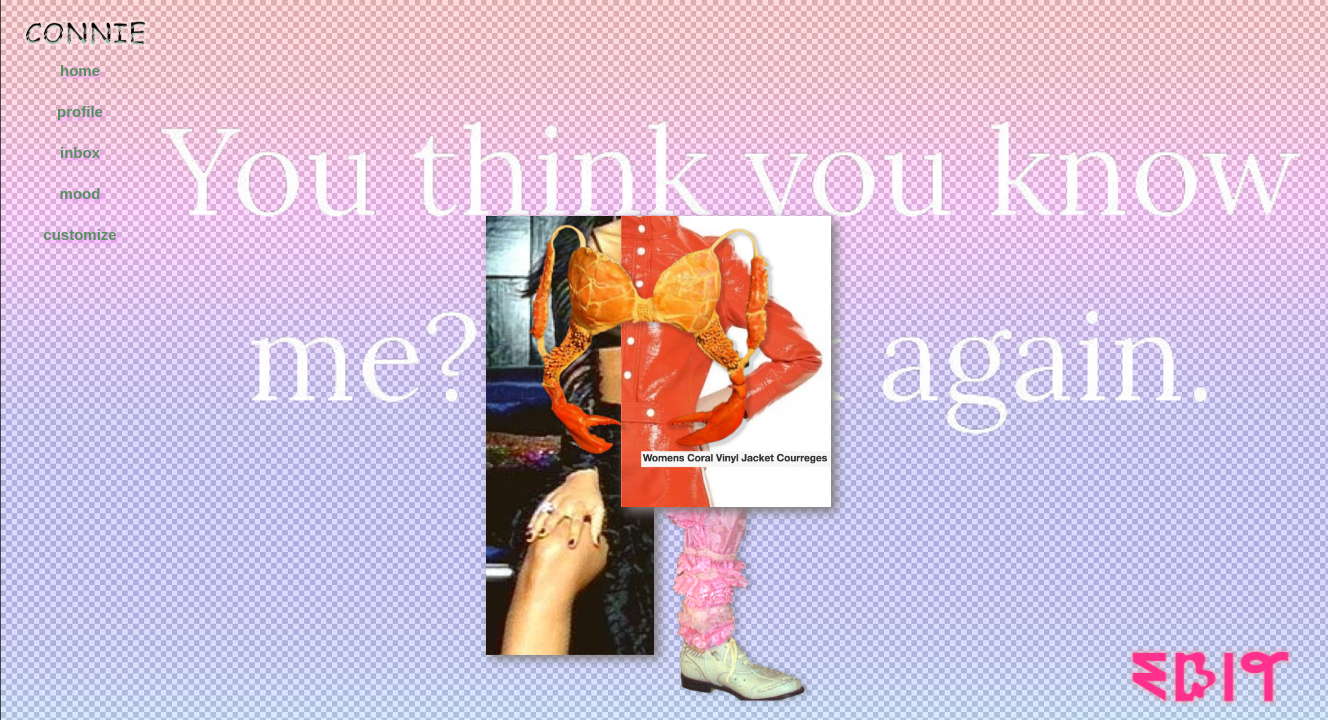
Repository: xuc009/xuc009.github.io
Page: track14/index.html
These files come from the project's save history. The page is drawn as it stood at one moment and after the next save; the edit follows.
The browser window is 1280 px wide. The page is 1328 px wide, so the pictures cover 1328 px, including what lies to the right of the window. The pictures show the whole page.
Some web libraries are served in a nearby version.

Above is the page before, as saved 2018-12-08 17:31:04.

### track14/index.html
<!DOCTYPE html>
<html lang="en">
  <head>
    <title>Track 10</title>
    <link rel="shortcut icon" href="" />
    <meta charset="utf-8">
    <meta name="description" content="" />
    <meta property="og:image" content=""/>
    <meta name="viewport" content="width=device-width, initial-scale=1" />
    <script src="https://ajax.googleapis.com/ajax/libs/jquery/3.3.1/jquery.min.js"></script>
    <script src="https://www.w3schools.com/lib/w3.js"></script>
    <link href="assets/css/styles.css" media="all" rel="stylesheet" />
    <meta charset="utf-8" />
    <title>jQuery UI Draggable - Default functionality</title>
    <link rel="stylesheet" href="http://code.jquery.com/ui/1.9.2/themes/base/jquery-ui.css" />
    <script src="http://code.jquery.com/jquery-1.8.3.js"></script>
    <script src="http://code.jquery.com/ui/1.9.2/jquery-ui.js"></script>
    <link href="https://fonts.googleapis.com/css?family=Michroma" rel="stylesheet">
    <style>
    .draggable { width: 0px; height: 0px; padding: 0; }
    </style>
    <script>
    $(function() {
        $( ".draggable" ).draggable();
    });
    </script>

  </head>

  <body>

      <div class="dropdown">
          <button class="dropbtn"><img src="assets/img/conniemenu.gif" width="140px"></button>
          <div class="dropdown-content">
            <a href="#">home</a>
            <a href="#">profile</a>
            <a href="#">inbox</a>
            <a href="#">mood</a>
            <a href="#">customize</a>
          </div>
        </div>

      <div class="edit">
        <a href="https://xuc009.github.io/track10/index.html">
        <img src="assets/img/edit.png" width="300px">
        </a>
      </div>

    <div id="draggable1" class="ui-widget-content draggable tooltip">
        <span class="tooltiptext">id.png</span>
       <img src="assets/img/britney.png" width="1200px">
      </div>

      <div id="draggable2" class="ui-widget-content draggable tooltip">
          <span class="tooltiptext">↗ Aaliyah by me 🔗📹🤗🦋✨ ⬈</span>
        <a href="https://xuc009.github.io/track2/index.html" target="_blank">
          <img src="assets/img/torsob1.png" width="168px">
        </a>
      </div>

      <div id="draggable3" class="ui-widget-content draggable tooltip">
          <span class="tooltiptext">https://goo.gl/MuuDqj</span>
          <a href="https://goo.gl/MuuDqj" target="_blank">
          <img src="assets/img/foot1.png" width="149px">
          </a>
        </div>

     <div id="draggable4" class="ui-widget-content draggable four tooltip">
        <span class="tooltiptext">https://ebay.us/9TBpsq</span>
        <a href="https://ebay.us/9TBpsq" target="_blank">
            <img src="assets/img/torsoa1.png" width="210px">
        </a>
          </div>

      <div id="draggable5" class="ui-widget-content draggable five tooltip">
          <span class="tooltiptext">https://www.instagram.com/p/BoPapCyAAdp/</span>
          <a href="https://www.instagram.com/p/BoPapCyAAdp/" target="_blank">
          <img src="assets/img/bra1.png" width="250px">
          </a>
        </div>









      </div>
    </div>

  </body>
</html>

### track14/assets/css/styles.css
* { box-sizing: border-box; }

body{
	background-color: #ffffff;
	background-image: url('../img/background.png');
	background-size: 1500px;
	margin: 0 auto 0 auto;
	display: inline-block;
    font-size: 0px;
}

.tooltip {
    position: relative;
    display: inline-block;
    border-bottom: 1px dotted black;
}

.tooltip .tooltiptext {
    visibility: hidden;
    /* width: 120px; */
    background-color: #FF308D;
    color: #00E6FF;
    text-align: center;
    padding: 5px 10px;
    font-size:15px;
    font-family: Arial, Helvetica, sans-serif;
    font-weight: 400;

    /* Position the tooltip */
    position: fixed;
    z-index: 1;
    bottom: 0px;
    left:0 ;
}

.tooltip:hover .tooltiptext {
    visibility: visible;
}

a { cursor: move; }

.draggable{
    box-shadow: 5px 5px 10px #000000;
}

#draggable1{
    background: #fff;
    border: none;
    box-shadow: 5px 5px 10px #807d7d;
    cursor: move;
    position: absolute;
    top: 10%;
    left: 10%;
}


#draggable2 {
    width: 168px;
    height: 438.38px;
    border: none;
    box-shadow: 5px 5px 10px #807d7d;
    position: absolute;
    top: 30%;
    left: 38%;
    cursor: move;
}


#draggable3 {
    width: 365px;
    border: none;
    position: absolute;
    top: 65%;
    left: 52%;
    cursor: move;
}



#draggable4{
    position: absolute;
    width: 210px;
    height: 291px;
    top: 30%;
    left: 48.5%;
    cursor: move;
    border: none;
    box-shadow: 5px 5px 10px #807d7d;

}

#draggable5{
    position: absolute;
    top: 31%;
    left: 41%;
    cursor: move;
    border: none;
}

.edit{
    position: fixed;
    bottom:0;
    left: 83%;
    cursor: pointer;
    transition: all 300ms;
}

.edit:hover{
    transform: translateX(3px) translateY(-3px);
    /* transform: scale(1.05); */
}

.dropbtn {
    background-color: Transparent;
    width: 140px;
    height: 26px;
    padding: 16px;
    font-size: 16px;
    border: none;
    outline: none;
}

.dropdown {
    position: relative;
    width: 140px;
    display: inline-block;
}

.dropdown-content {
    display: none;
    position: absolute;
    background-color: transparent;
    min-width: 160px;
    text-shadow: 2px 2px 5px #F48BFF;
    z-index: 1;
    font-size: 15px;
    text-align: center;
    font-family: Arial, Helvetica, sans-serif;
    font-weight: 600;
}

.dropdown-content a {
    color: #52935A;
    padding: 12px 16px;
    text-decoration: none;
    display: block;
}

.dropdown-content a:hover {text-shadow: 2px 2px 5px #54FAFF;}

.dropdown:hover .dropdown-content {display: block;}

.dropdown:hover .dropbtn {background-color: none;}

After the next save:
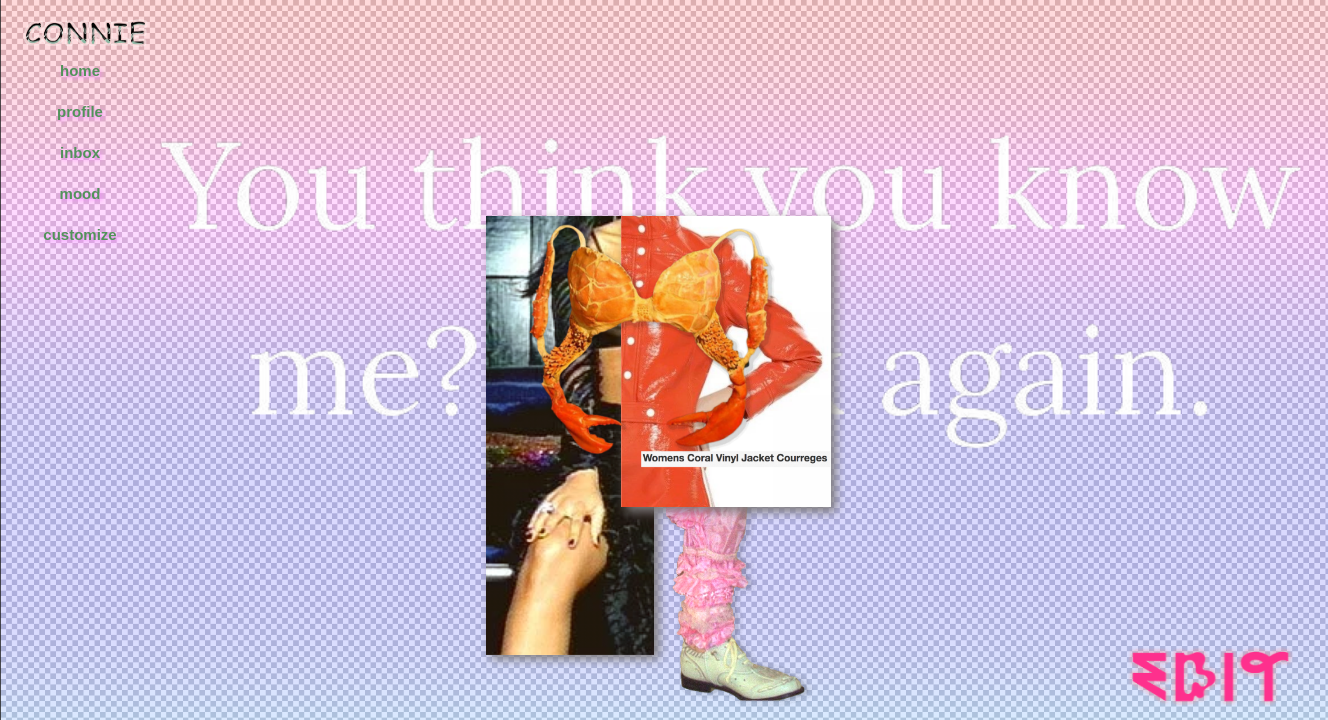
Saved 4 s later.
--- a/track14/assets/css/styles.css
+++ b/track14/assets/css/styles.css
@@ -49,7 +49,7 @@ a { cursor: move; }
     box-shadow: 5px 5px 10px #807d7d;
     cursor: move;
     position: absolute;
-    top: 10%;
+    top: 12%;
     left: 10%;
 }
 
